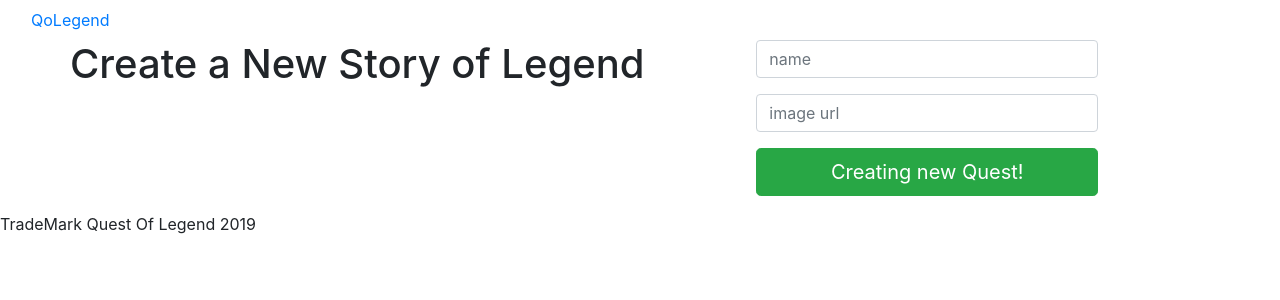
Repository: Hoangvo92/aws-program
Page: http://localhost/quests/new
The author's editor kept a record of every edit. The page is drawn from the files as they stood at one moment, then again after the next edit.
The browser window is 1280 px wide. The pictures show the whole page.
The page is served by the project's Node server (quests-of-legend/app.js).

Above is the page before.

After the next edit:
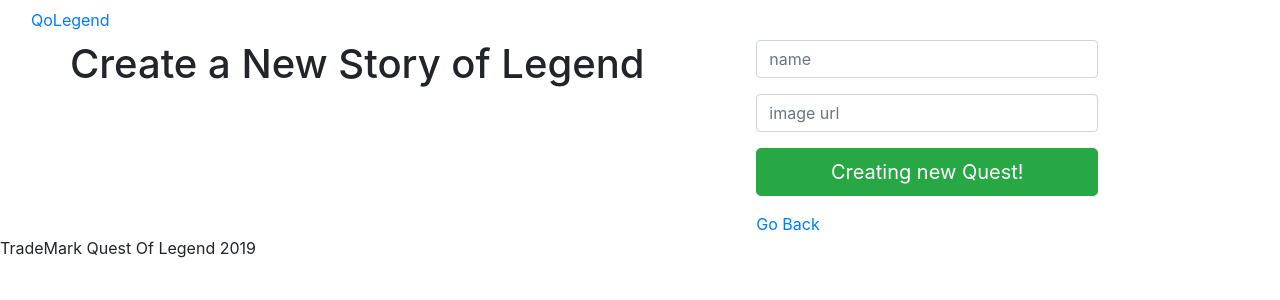
The edit:
--- a/quests-of-legend/views/new.ejs
+++ b/quests-of-legend/views/new.ejs
@@ -14,10 +14,9 @@
                   <button class="btn btn-lg btn-success btn-block">Creating new Quest!</button>
               </div>
           </form>
+          <a href="/quests"> Go Back</a>
         </div>
-
     </div>
-
 </div>
 
 <% include partials/footer %>
